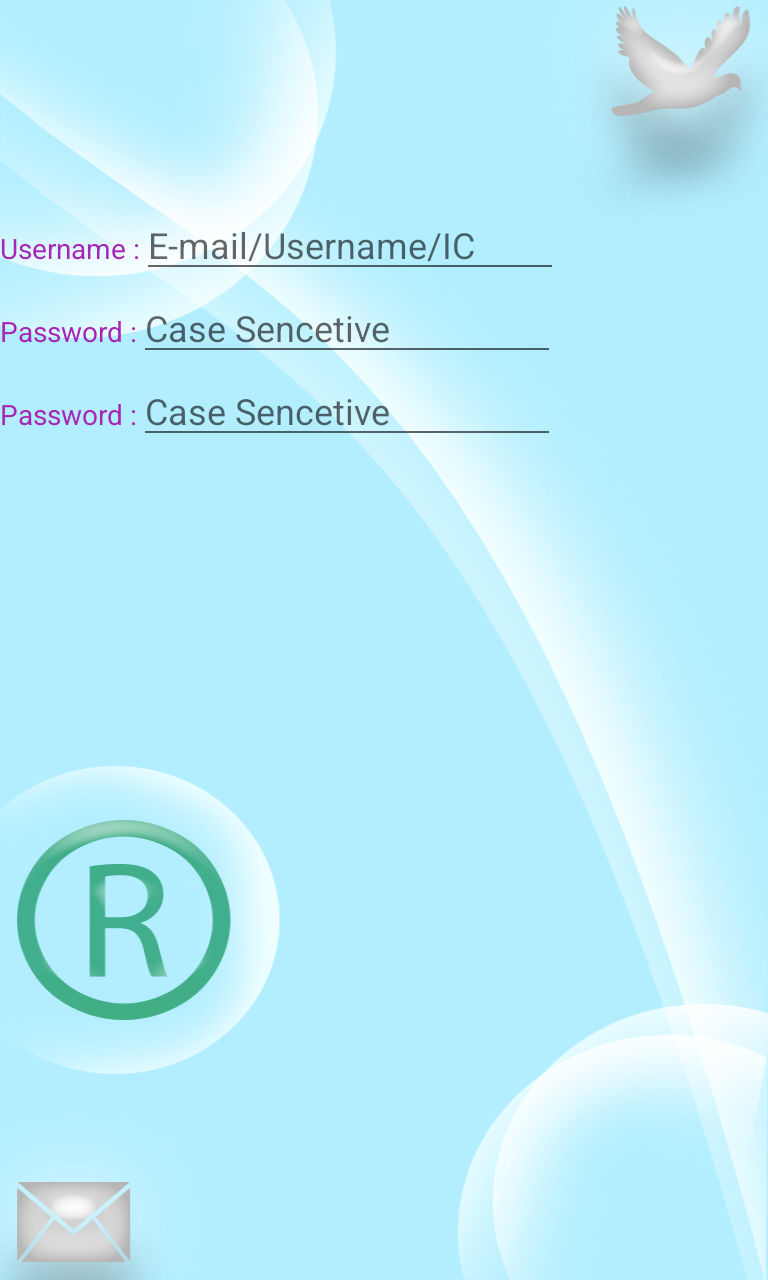
Repository: JodyCoolit/android
Layout: Delivery/res/layout/activity_signup.xml
These files come from the project's save history. The layout is drawn as it stood at one moment and after the next save; the edit follows.
It is drawn on a 768 x 1280 px phone screen (xhdpi) without system bars, with theme AppTheme; the app's code is not run.

Above is the layout before, as saved 2014-08-22 02:07:10.

### Delivery/res/layout/activity_signup.xml
<?xml version="1.0" encoding="utf-8"?>
<LinearLayout xmlns:android="http://schemas.android.com/apk/res/android"
    android:layout_width="match_parent"
    android:layout_height="match_parent"
    android:orientation="vertical"
    android:background="@drawable/bg_signup" >
	<LinearLayout
	    android:layout_width="match_parent"
   		android:layout_height="wrap_content"
	    android:orientation="horizontal"
	    android:layout_marginTop="100sp"
	    >
	    <TextView
        android:id="@+id/tv_signup_username"
        android:layout_width="wrap_content"
        android:layout_height="wrap_content"
        android:text="@string/tv_signup_username"
        android:textColor="#A726B5" />
	    <EditText
        android:id="@+id/et_signup_username"
        android:layout_width="wrap_content"
        android:layout_height="wrap_content"
        android:ems="10"
        android:hint="@string/hint_signup_username"
        android:textColor="#26B58F">
    </EditText>
	</LinearLayout>

	<LinearLayout
	    android:layout_width="match_parent"
   		android:layout_height="wrap_content"
	    android:orientation="horizontal"
	    >
		 <TextView
		    android:id="@+id/tv_signup_password"
		    android:layout_width="wrap_content"
		    android:layout_height="wrap_content"
		    android:text="@string/tv_signup_password"
		    android:textColor="#A726B5" />

		<EditText
		    android:id="@+id/et_signup_password"
		    android:layout_width="wrap_content"
		    android:layout_height="wrap_content"
		    android:ems="10"
		    android:inputType="textPassword"
		    android:hint="@string/hint_signup_password"
		    android:textColor="#26B58F" />
	</LinearLayout>
	<LinearLayout
	    android:layout_width="match_parent"
   		android:layout_height="wrap_content"
	    android:orientation="horizontal"
	    >
		 <TextView
		    android:id="@+id/tv_signup_phone"
		    android:layout_width="wrap_content"
		    android:layout_height="wrap_content"
		    android:text="@string/tv_signup_password"
		    android:textColor="#A726B5" />

		<EditText
		    android:id="@+id/et_signup_phone"
		    android:layout_width="wrap_content"
		    android:layout_height="wrap_content"
		    android:ems="10"
		    android:hint="@string/hint_signup_password"
		    android:textColor="#26B58F" />
	</LinearLayout>
</LinearLayout>

### Delivery/res/values/strings.xml
<?xml version="1.0" encoding="utf-8"?>
<resources>
    <string name="app_name">Delivery</string>
    <string name="signup">Sign Up</string>

    <!-- LoginActivity -->
    <string name="welcome">Welcome!</string>
	<string name="btn_signin">Sign in</string>
	<string name="btn_signup">Sign up</string>
	<string name="hint_username">Enter your username here</string>
	<string name="hint_password">Enter your password here</string>

	<!--  SignupActivity -->
	<string name="tv_signup_username">Username : </string>
	<string name="tv_signup_password">Password : </string>
	<string name="hint_signup_username">E-mail/Username/IC</string>
	<string name="hint_signup_password">Case Sencetive</string>
</resources>

Loaded but not shown: Delivery/res/values/styles.xml (common file); Delivery/res/values-v11/styles.xml (common file); Delivery/res/values-v14/styles.xml (common file)

After the next save:
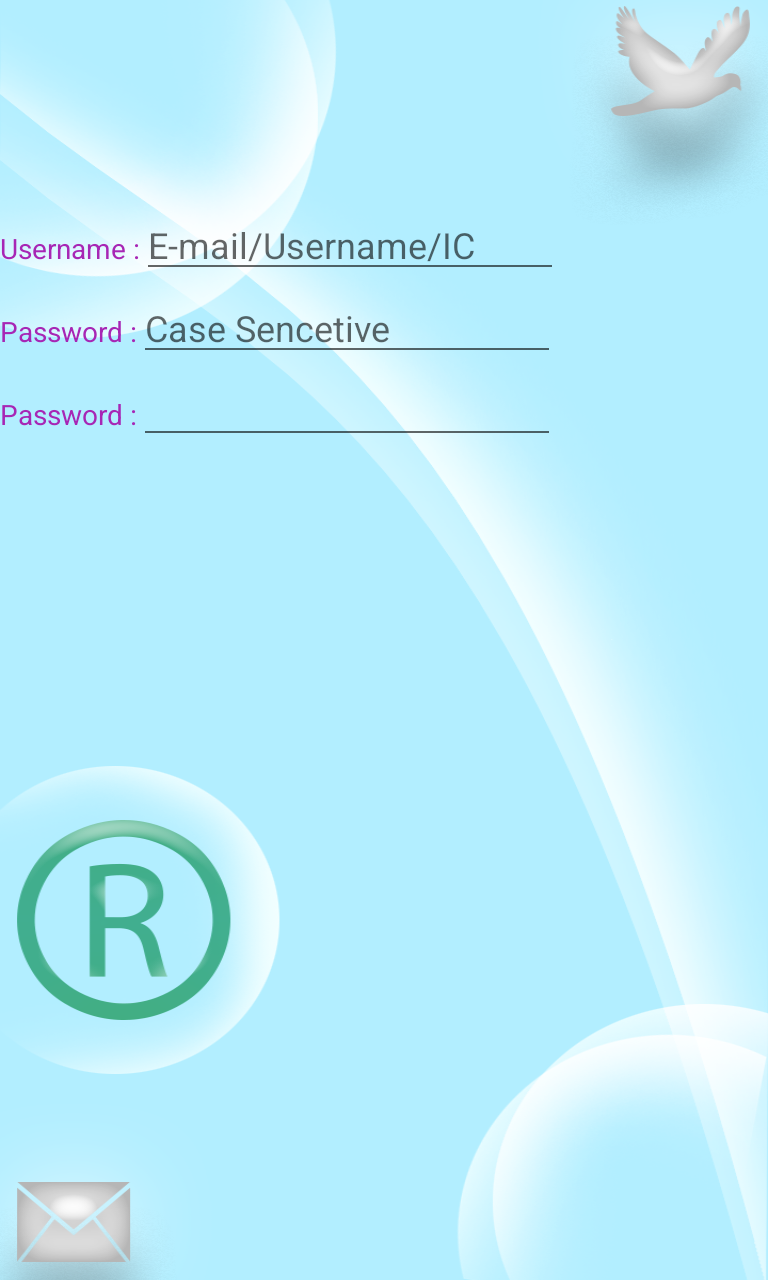
Saved 10 s later.
--- a/Delivery/res/layout/activity_signup.xml
+++ b/Delivery/res/layout/activity_signup.xml
@@ -64,7 +64,6 @@
 		    android:layout_width="wrap_content"
 		    android:layout_height="wrap_content"
 		    android:ems="10"
-		    android:hint="@string/hint_signup_password"
 		    android:textColor="#26B58F" />
 	</LinearLayout>
 </LinearLayout>
